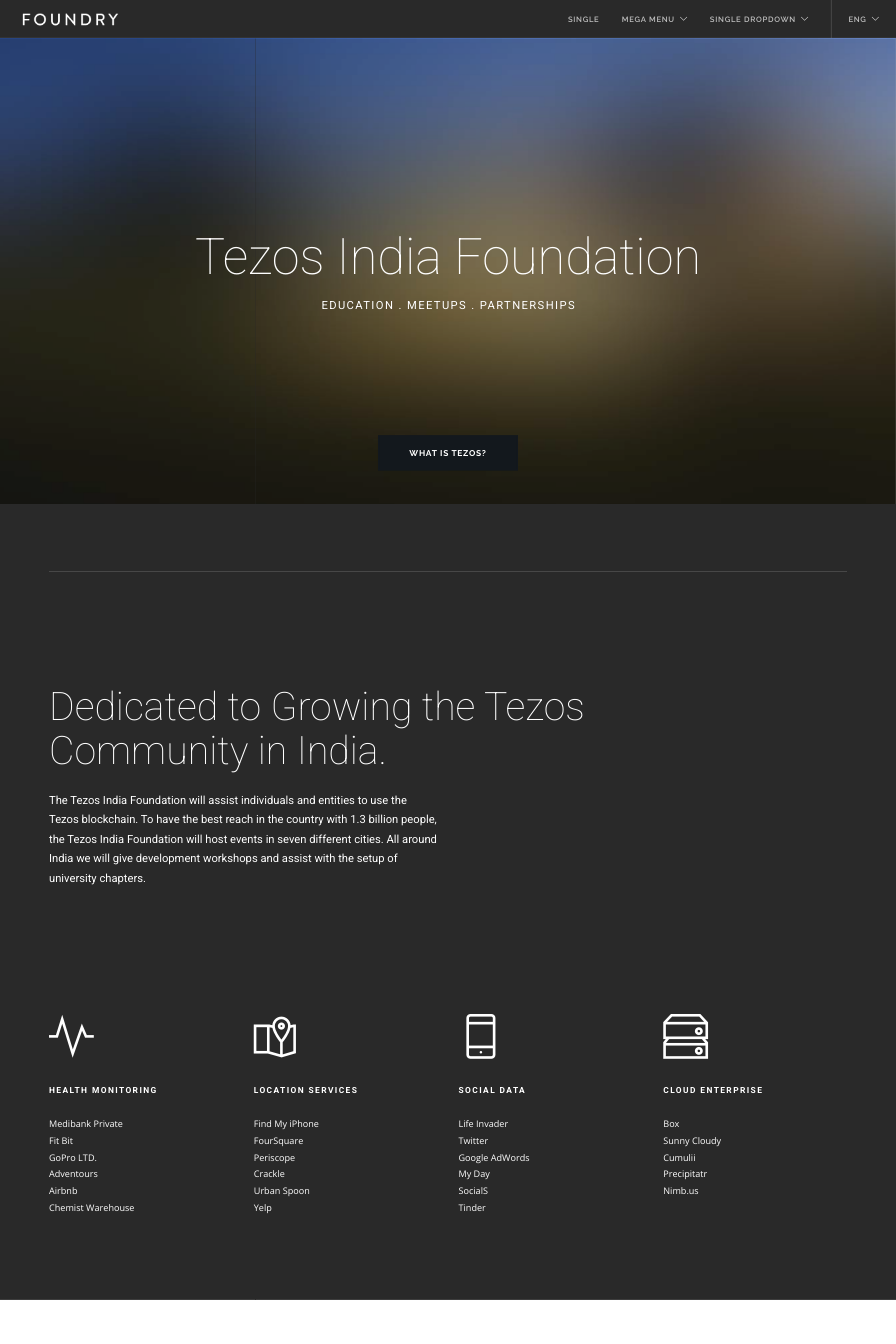
Repository: Tezos-India-Foundation/TIF-Website
Page: Tezos India Website/page.html
An editor plug-in stored every save of this project. The page is shown before and after the next save, followed by the edit.
The browser window is 1280 px wide. The pictures show the part of the page from y = 0 to 1920 px (the page is 4630 px tall), at 70% of full size.

Above is the page before, as saved 2019-08-06 15:05:34.

After the next save:
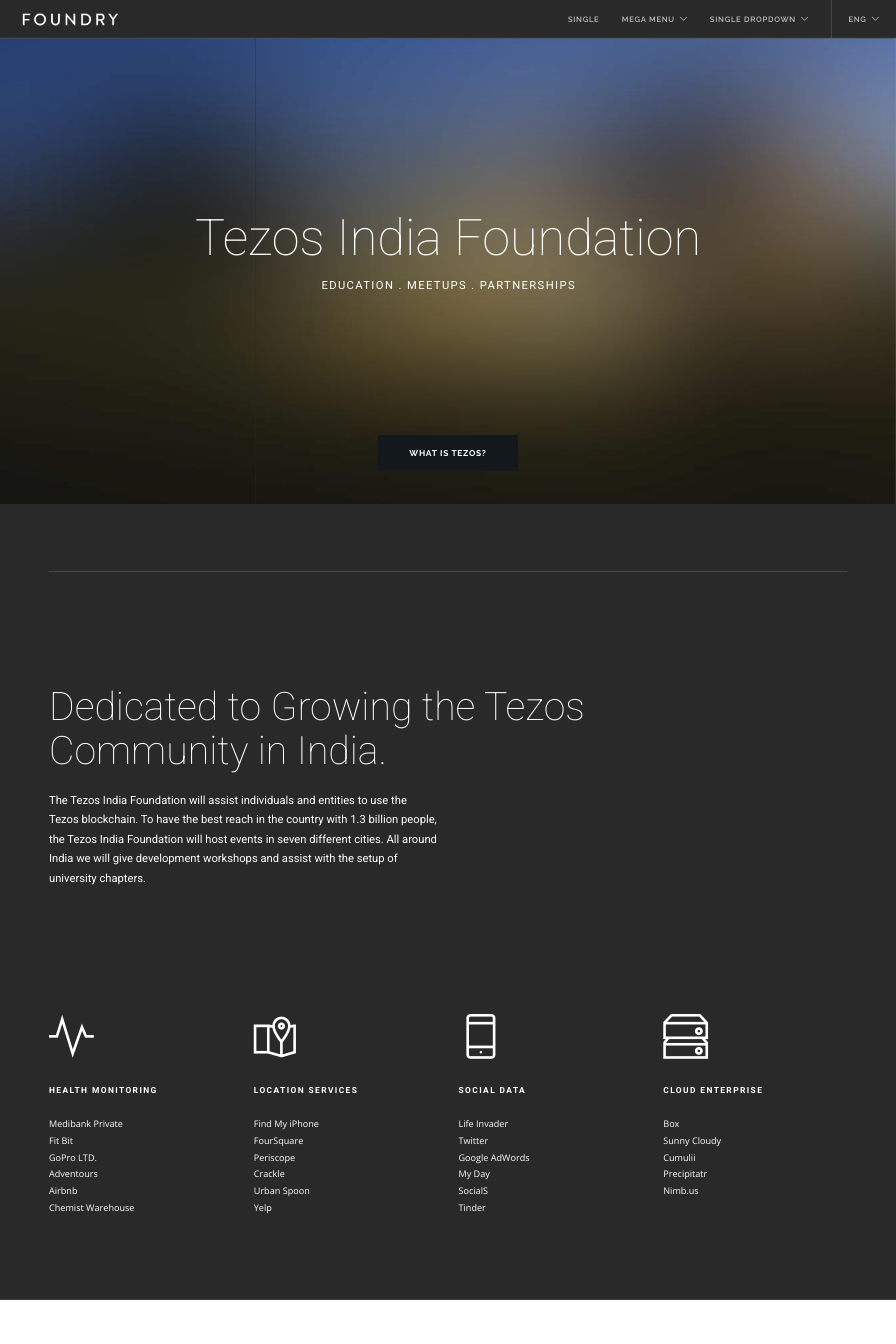
Saved 81 s later.
--- a/Tezos India Website/page.html
+++ b/Tezos India Website/page.html
@@ -22,7 +22,7 @@
 
 
 
-		    <nav class="bg-dark">
+		    <nav class="bg-dark absolute">
 		        <div class="nav-bar">
 		            <div class="module left">
 		                <a href="index.html">
